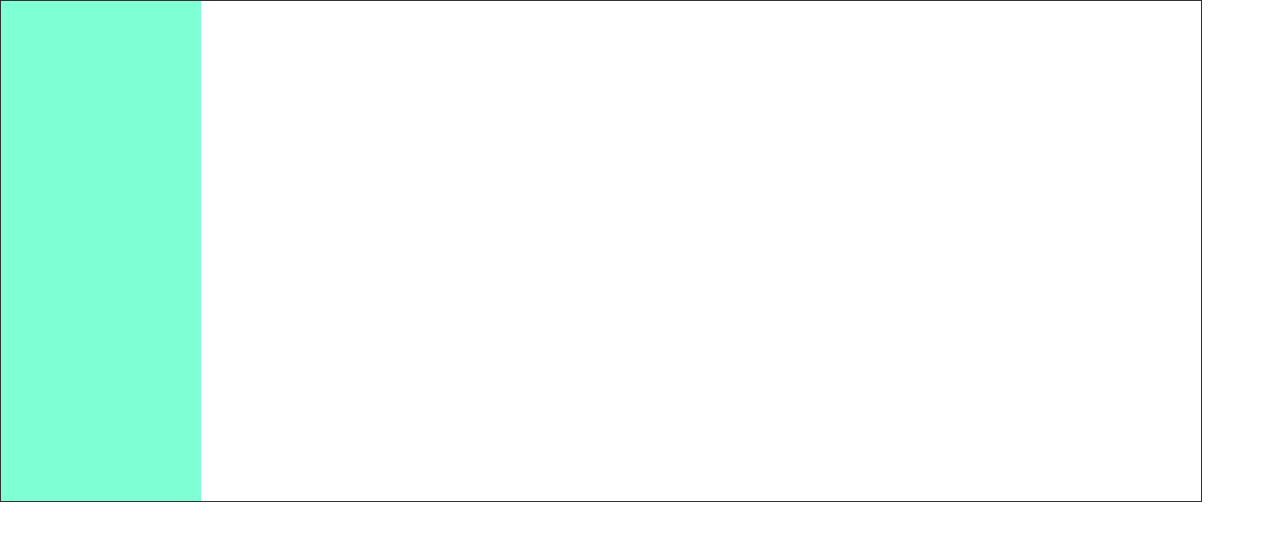
Repository: huangshaomo/study-notes
Page: webpack5/test.html
These files come from the project's save history. The page is drawn as it stood at one moment and after the next save; the edit follows.
The browser window is 1280 px wide. The pictures show the whole page.

Above is the page before, as saved 2021-01-06 15:47:28.

### webpack5/test.html
<!DOCTYPE html>
<html lang="en">
<head>
    <meta charset="UTF-8">
    <meta name="viewport" content="width=device-width, initial-scale=1.0">
    <title>Document</title>
    <style>
        *{margin: 0px; padding: 0px; line-height: 1;}
        .box{width: 1200px; border: 1px solid #333; height: 500px;}
        .slide{float: left; width: 200px; background-color: aquamarine; height: 100%;}
        .content{overflow: hidden; height: 100%;}
    </style>
</head>
<body>
    <div class="box">
        <div class="slide"></div>
        <div class="content"></div>
    </div>
</body>
</html>

After the next save:
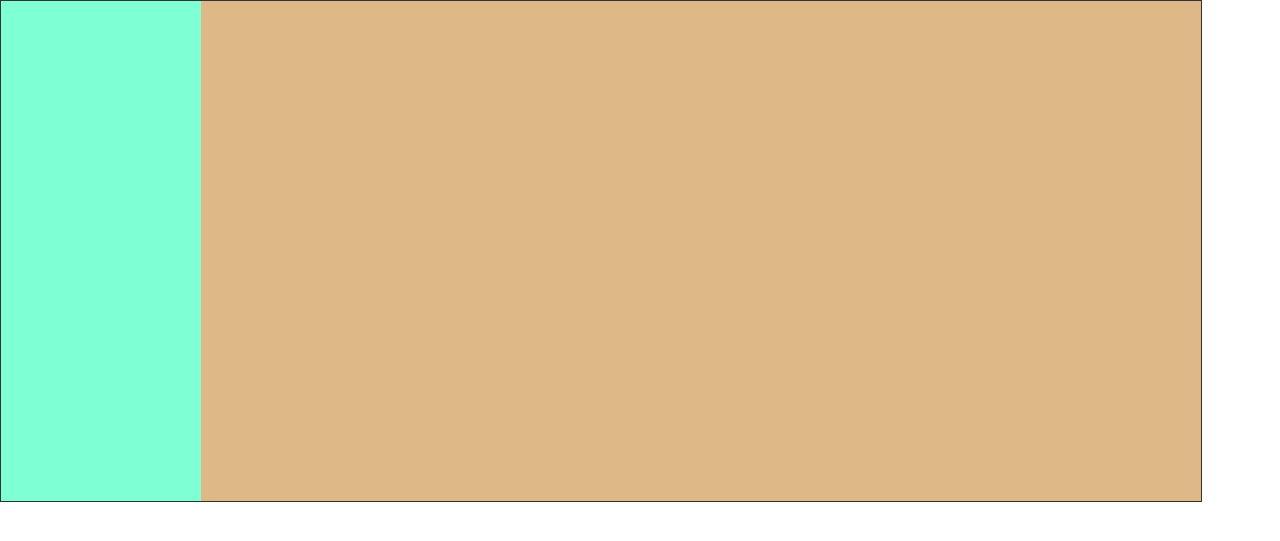
Saved 19 s later.
--- a/webpack5/test.html
+++ b/webpack5/test.html
@@ -8,7 +8,7 @@
         *{margin: 0px; padding: 0px; line-height: 1;}
         .box{width: 1200px; border: 1px solid #333; height: 500px;}
         .slide{float: left; width: 200px; background-color: aquamarine; height: 100%;}
-        .content{overflow: hidden; height: 100%;}
+        .content{overflow: hidden; height: 100%; background-color: burlywood;}
     </style>
 </head>
 <body>
